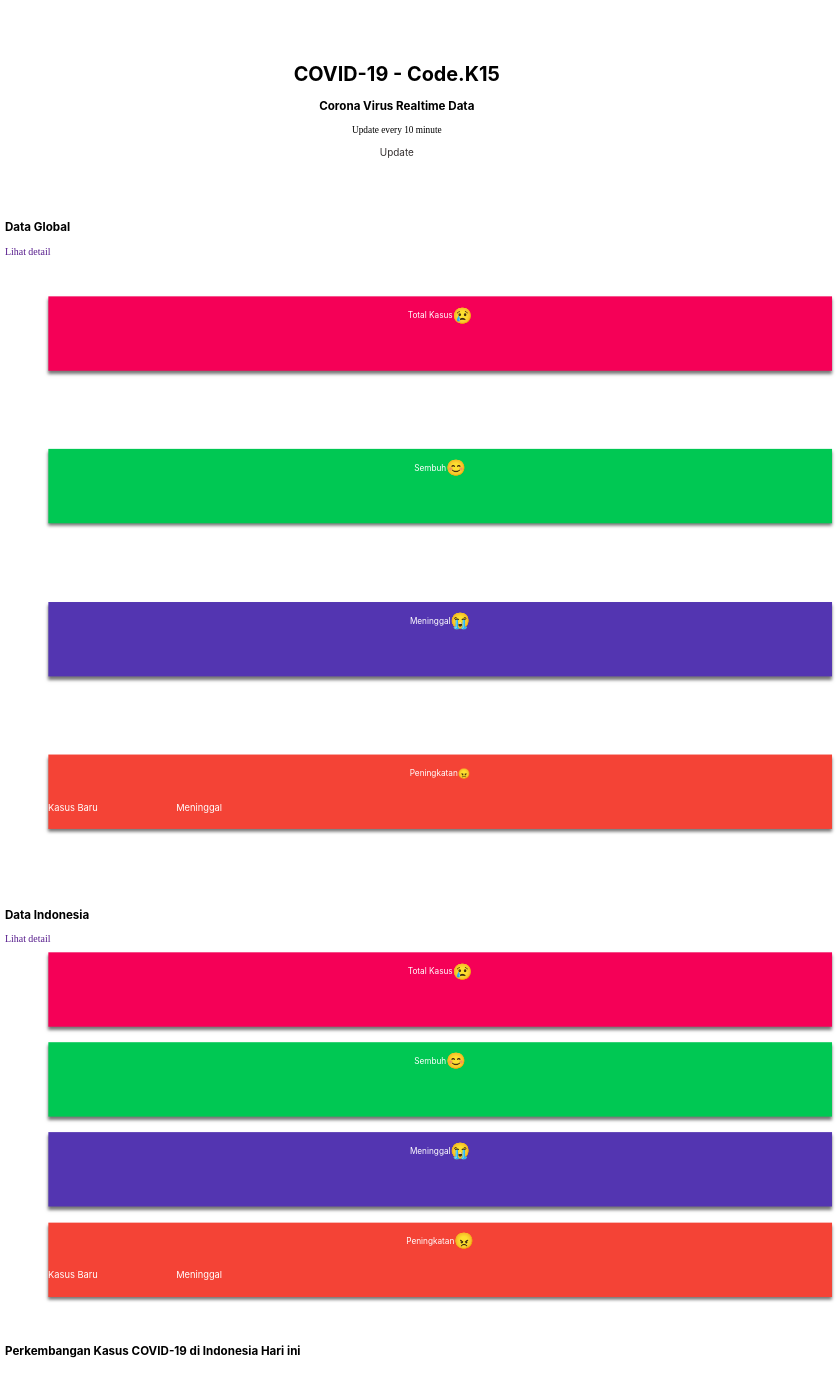
Repository: fathur15/covid19-monitoring
Page: http://localhost/covid19/apps/views/data/main/dashboard.php
The author's editor kept a copy of each file at every save. The page is drawn from the files as they stood at one save, then again after the next save.
The browser window is 1280 px wide. The page is 1348 px wide, so the pictures cover 1348 px, including what lies to the right of the window. The pictures show the whole page, at 62% of full size.
The page is run by PHP 8.4 with error messages shown; the project is at /var/www/html/.

Above is the page before, as saved 2020-04-17 11:47:18.

### apps/views/data/main/dashboard.php

<style>
    h1,h2,h3,h4,h5,h6,p {
        font-family: -apple-system, BlinkMacSystemFont, 'Segoe UI', Roboto, Oxygen, Ubuntu, Cantarell, 'Open Sans', 'Helvetica Neue', sans-serif
    }
    .resume p, h5{
        color: white;
        font-weight: 400;
    }
    .shadow-box{
        -webkit-box-shadow: 0 15px 10px #777;
        -moz-box-shadow: 0 15px 10px #777;
        box-shadow: 0 5px 5px #777;

    }
    .content-main-wrapper{
        margin: 5% 0;
    }
    .emot{
        color: black;
        font-size: 25px;
        text-shadow: 0 0 0 yellow;
    }
    /* .shadow-box:after{
        -webkit-transform: rotate(3deg);
        -moz-transform: rotate(3deg);
        -o-transform: rotate(3deg);
        -ms-transform: rotate(3deg);
        transform: rotate(3deg);
        right: 10px;
        left: auto;
    } */

</style>
<div class="content">
    <div class="heading" style="margin: 100px 30%; text-align: center">
        <h1>COVID-19 - Code.K15</h1>
        <h3>Corona Virus Realtime Data</h3>
        <small style="font-size: 15px">Update every 10 minute</small>
        <p id="date-update" style="color: #353030;">Update</p>
    </div>
    <div class="main">
        <div class="container">
            <div class="row content-main-wrapper">
                <div class="head-main-content">
                    <h3>Data Global</h3>
                    <a style="text-decoration: none" href="">Lihat detail  <i class="fas fa-long-arrow-alt-right" aria-hidden="true"></i></a>
                </div>
                <div id="resumeGlobal" class="row resume" style="width: 100%; margin: 0 5%" >
                        <div class ="col-sm-12 col-md-6 col-lg-6 col-xl-3">
                            <div class="card shadow-box" style="display:inline-block; width: 100%; background: #f50057; margin:5% 0.5%; align-items: center; height: 120px ">
                                <div class="card-body">
                                    <div style="flex-direction: row; display: flex; justify-content: center; align-items: center">
                                        <h5 id="title-kasus-global" class="card-text">Total Kasus</h5>
                                        <span class="emot">&#x1F622</span>
                                    </div>
                                    <p class="card-text" id="kasus-global"></p>
                                </div>
                            </div>
                        </div>
                        <div class ="col-sm-12 col-md-6 col-lg-6 col-xl-3">
                            <div class="card shadow-box" style="display:inline-block; width:100%; background: #00c853; margin: 5% 0.5%; align-items: center; height: 120px ">
                                <div class="card-body">
                                    <div style="flex-direction: row; display: flex; justify-content: center; align-items: center">
                                        <h5 id="title-kasus-global" class="card-text">Sembuh</h5>
                                        <span class="emot">&#x1F60A</span>
                                    </div>
                                    <p class="card-text" id="sembuh-global"></p>
                                    <!-- <p style="">Orang</p> -->
                                </div>
                            </div>
                        </div>
                        <div class ="col-sm-12 col-md-6 col-lg-6 col-xl-3">
                            <div class="card shadow-box" style="display:inline-block; width: 100%; margin:5% 0.5%;height: 120px;align-items: center;  background :#5335b1">
                                <div class="card-body">
                                    <div style="flex-direction: row; display: flex; justify-content: center; align-items: center;">
                                        <h5 id="title-kasus-global" class="card-text">Meninggal</h5>
                                        <span class="emot" style="color: black; font-size: 25px; text-shadow: 0 0 0 yellow">&#x1F62D</span>
                                    </div>
                                    <p class="card-text" id="meninggal-global"></p>
                                    <!-- <p style="">Orang</p> -->
                                </div>
                            </div>
                        </div>
                        <div class ="col-sm-12 col-md-6 col-lg-6 col-xl-3">
                            <div class="card shadow-box" style="display:inline-block; width: 100%; margin:5% 0.5%; height: 120px; background: #f44336">
                                <div class="card-body">
                                    <div style="flex-direction: row; display: flex; justify-content: center; align-items: center;">
                                        <h5 id="title-kasus-global" class="card-text">Peningkatan</h5>
                                        <span>&#x1F620</span>
                                    </div>
                                    <div style="flex-direction: row; display: flex;">
                                        <p style="font-size: 15px">Kasus Baru</p>
                                        <p style="margin-left: 10%; font-size: 15px">Meninggal </p>
                                    </div>
                                    <div style="display: flex; margin-top: -9%">
                                        <p style="font-size: 15px" class="card-text" id="kasus-baru-global"></p>
                                        <p style="margin-left: 10%; font-size: 15px" class="card-text" id="meninggal-baru-global"></p>
                                    </div>
                                </div>
                            </div>
                        </div>
                    </div>
                </div>
            <div class="row content-main-wrapper" >
                <div class="head-main-content">
                    <h3>Data Indonesia</h3>
                    <a style="text-decoration: none" href="">Lihat detail  <i class="fas fa-long-arrow-alt-right" aria-hidden="true"></i></a>
                </div>
                 <div id="resumeIndonesia" class="row resume" style="width: 100%; margin: 0 5%;" >
                    <div class ="col-sm-12 col-md-6 col-lg-6 col-xl-3">
                        <div class="card shadow-box" style="width: 100%; background: #f50057; margin: 1% 0.5%; display: inline-block; align-items: center; height: 120px ">
                            <div class="card-body">
                                <div style="flex-direction: row; display: flex; justify-content: center; align-items: center">
                                    <h5 id="title-kasus-indonesia" class="card-text">Total Kasus</h5>
                                    <span class="emot">&#x1F622</span>
                                </div>
                                <p style="font-size: 14px" class="card-text" id="kasus-indonesia"></p>
                            </div>
                        </div>
                    </div>
                    <div class ="col-sm-12 col-md-6 col-lg-6 col-xl-3">
                        <div class="card shadow-box" style="width: 100%; background: #00c853; margin: 1% 0.5%; display: inline-block; align-items: center; height: 120px ">
                            <div class="card-body">
                                <div style="flex-direction: row; display: flex; justify-content: center; align-items: center">
                                    <h5 id="title-kasus-indonesia" class="card-text">Sembuh</h5>
                                    <span class="emot">&#x1F60A</span>
                                </div>
                                <p class="card-text" id="sembuh-indonesia"></p>
                            </div>
                        </div>
                    </div>
                    <div class ="col-sm-12 col-md-6 col-lg-6 col-xl-3">
                        <div class="card shadow-box" style="width: 100%; margin: 1% 0.5%; display: inline-block; height: 120px;align-items: center; background :#5335b1">
                            <div class="card-body">
                                <div style="flex-direction: row; display: flex; justify-content: center; align-items: center;">
                                    <h5 id="title-kasus-indonesia" class="card-text">Meninggal</h5>
                                    <span class="emot">&#x1F62D</span>
                                </div>
                                <p class="card-text" id="meninggal-indonesia"></p>
                            </div>
                        </div>
                    </div>
                    <div class ="col-sm-12 col-md-6 col-lg-6 col-xl-3">
                        <div class="card shadow-box" style="width: 100%; margin: 1% 0.5%; display: inline-block; height: 120px; background: #f44336">
                            <div class="card-body">
                                <div style="flex-direction: row; display: flex; justify-content: center; align-items: center;">
                                    <h5 id="title-kasus-indonesia" class="card-text">Peningkatan</h5>
                                    <span class="emot">&#x1F620</span>
                                </div>
                                <div style="flex-direction: row; display: flex;">
                                    <p style="font-size: 15px">Kasus Baru</p>
                                    <p style="margin-left: 10%; font-size: 15px">Meninggal </p>
                                </div>
                                <div style="display: flex; margin-top: -1%%">
                                    <p style="font-size: 15px" class="card-text" id="kasus-baru-indonesia"></p>
                                    <p style="margin-left: 10%; font-size: 15px" class="card-text" id="meninggal-baru-indonesia"></p>
                                </div>
                            </div>
                        </div>
                    </div>
                </div>
            </div>
            <div class="row content-main-wrapper" >
                <div class="head-main-content">
                    <h3>Perkembangan Kasus COVID-19 di Indonesia Hari ini</h3>
                </div>
            </div>
        </div>
    </div>
</div>

After the next save:
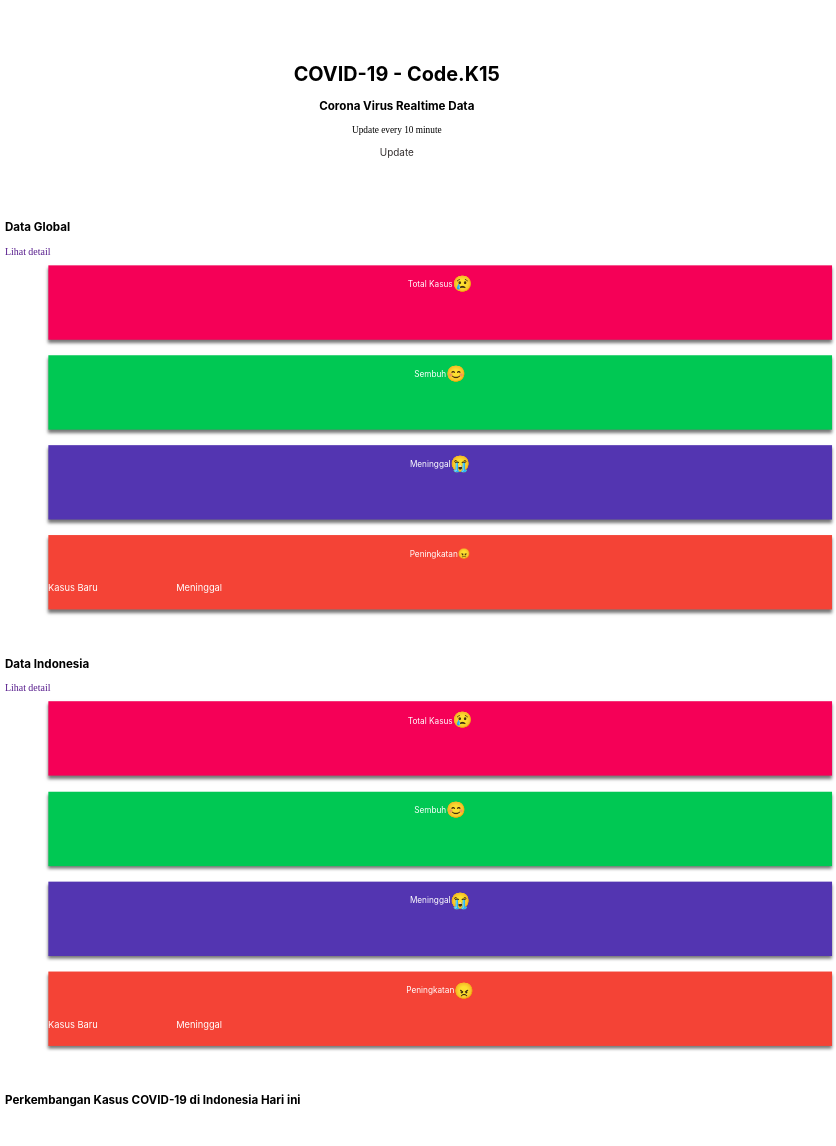
Saved 2 min 3 s later.
--- a/apps/views/data/main/dashboard.php
+++ b/apps/views/data/main/dashboard.php
@@ -48,7 +48,7 @@
                 </div>
                 <div id="resumeGlobal" class="row resume" style="width: 100%; margin: 0 5%" >
                         <div class ="col-sm-12 col-md-6 col-lg-6 col-xl-3">
-                            <div class="card shadow-box" style="display:inline-block; width: 100%; background: #f50057; margin:5% 0.5%; align-items: center; height: 120px ">
+                            <div class="card shadow-box" style="display:inline-block; width: 100%; background: #f50057; margin:1% 0.5%; align-items: center; height: 120px ">
                                 <div class="card-body">
                                     <div style="flex-direction: row; display: flex; justify-content: center; align-items: center">
                                         <h5 id="title-kasus-global" class="card-text">Total Kasus</h5>
@@ -59,7 +59,7 @@
                             </div>
                         </div>
                         <div class ="col-sm-12 col-md-6 col-lg-6 col-xl-3">
-                            <div class="card shadow-box" style="display:inline-block; width:100%; background: #00c853; margin: 5% 0.5%; align-items: center; height: 120px ">
+                            <div class="card shadow-box" style="display:inline-block; width:100%; background: #00c853; margin: 1% 0.5%; align-items: center; height: 120px ">
                                 <div class="card-body">
                                     <div style="flex-direction: row; display: flex; justify-content: center; align-items: center">
                                         <h5 id="title-kasus-global" class="card-text">Sembuh</h5>
@@ -71,7 +71,7 @@
                             </div>
                         </div>
                         <div class ="col-sm-12 col-md-6 col-lg-6 col-xl-3">
-                            <div class="card shadow-box" style="display:inline-block; width: 100%; margin:5% 0.5%;height: 120px;align-items: center;  background :#5335b1">
+                            <div class="card shadow-box" style="display:inline-block; width: 100%; margin: 1% 0.5%;height: 120px;align-items: center;  background :#5335b1">
                                 <div class="card-body">
                                     <div style="flex-direction: row; display: flex; justify-content: center; align-items: center;">
                                         <h5 id="title-kasus-global" class="card-text">Meninggal</h5>
@@ -83,7 +83,7 @@
                             </div>
                         </div>
                         <div class ="col-sm-12 col-md-6 col-lg-6 col-xl-3">
-                            <div class="card shadow-box" style="display:inline-block; width: 100%; margin:5% 0.5%; height: 120px; background: #f44336">
+                            <div class="card shadow-box" style="display:inline-block; width: 100%; margin: 1% 0.5%; height: 120px; background: #f44336">
                                 <div class="card-body">
                                     <div style="flex-direction: row; display: flex; justify-content: center; align-items: center;">
                                         <h5 id="title-kasus-global" class="card-text">Peningkatan</h5>
@@ -93,7 +93,7 @@
                                         <p style="font-size: 15px">Kasus Baru</p>
                                         <p style="margin-left: 10%; font-size: 15px">Meninggal </p>
                                     </div>
-                                    <div style="display: flex; margin-top: -9%">
+                                    <div style="display: flex;">
                                         <p style="font-size: 15px" class="card-text" id="kasus-baru-global"></p>
                                         <p style="margin-left: 10%; font-size: 15px" class="card-text" id="meninggal-baru-global"></p>
                                     </div>
